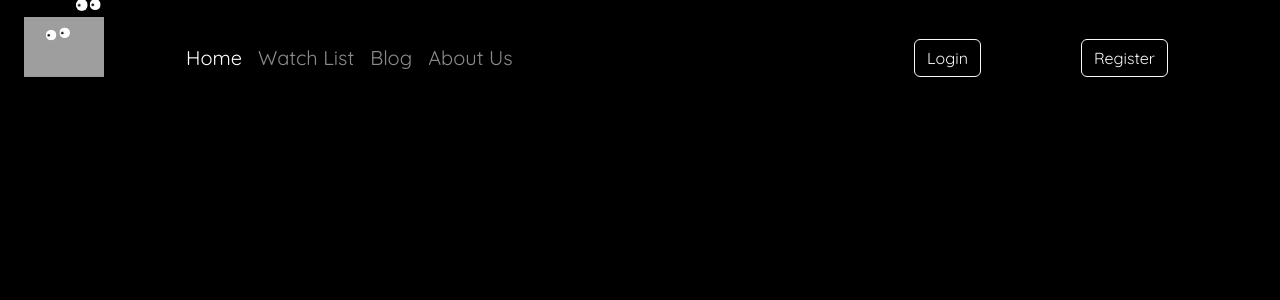
Repository: dangnguyenblackie/Movie-Review-Site
Page: / (app in movie-app/)
An editor plug-in stored every save of this project. The page is shown before and after the next save, followed by the edit.
The browser window is 1280 px wide. The pictures show the whole page.
Pictures or frames that could not be fetched are drawn as grey boxes. The page's requests for data from a server got no answer. The project was rebuilt for these pictures with package versions that can differ from the ones it lists, and the page was loaded fresh each time. No one was signed in, and anything a server would have sent is missing. Also part of the build but not shown: movie-app/vite.config.ts, movie-app/src/components/header/Header.css.

Above is the page before, as saved 2023-08-12 22:03:29.

### movie-app/index.html
<!doctype html>
<html lang="en">
  <head>
    <meta charset="UTF-8" />
    <link rel="icon" type="image/svg+xml" href="/vite.svg" />
    <meta name="viewport" content="width=device-width, initial-scale=1.0" />
    <title>Movie</title>
  </head>
  <body>
    <div id="root"></div>
    <script type="module" src="/src/main.tsx"></script>
  </body>
</html>

### movie-app/src/main.tsx
import React from 'react'
import ReactDOM from 'react-dom/client'
import App from './App.tsx'
import './index.css'
import 'bootstrap/dist/css/bootstrap.css'
import './App.css'
import { BrowserRouter, Route, Routes } from 'react-router-dom'

ReactDOM.createRoot(document.getElementById('root')!).render(
  <React.StrictMode>
    <BrowserRouter>
      <Routes>
        <Route path='/*' element={<App />} />
      </Routes>
    </BrowserRouter>
  </React.StrictMode>,
)

### movie-app/src/App.tsx
import { Route, Routes } from "react-router-dom";
import Layout from "./components/Layout";
import Home from "./components/home/Home.jsx";
import { useEffect, useState } from "react";
import api from "./api/axiosConfig";
import "./App.css"
import Header from "./components/header/Header.tsx";
const App = () => {

  const [movies, setMovies] = useState();
  const getMovies = async () => {
    try {
      const response = await api.get("/api/v1/movies");
      setMovies(response.data);
    } catch (error) {
      console.log(error);
    }
  };

  useEffect(() => {
    getMovies();
  }, []);

  return (
    <div className="App">
      <Header />
        <Routes>
          <Route path="/" element={<Layout />}>

            <Route path="/" element={<Home movies={movies}/>} />
          </Route>
        </Routes>
    </div>

  );
};

export default App;

### movie-app/src/index.css
/* :root {
  font-family: Inter, system-ui, Avenir, Helvetica, Arial, sans-serif;
  line-height: 1.5;
  font-weight: 400;

  color-scheme: light dark;
  color: rgba(255, 255, 255, 0.87);
  background-color: #242424;

  font-synthesis: none;
  text-rendering: optimizeLegibility;
  -webkit-font-smoothing: antialiased;
  -moz-osx-font-smoothing: grayscale;
  -webkit-text-size-adjust: 100%;
} */

a {
  font-weight: 500;
  color: #646cff;
  text-decoration: inherit;
}
a:hover {
  color: #535bf2;
}


h1 {
  font-size: 3.2em;
  line-height: 1.1;
}

button {
  border-radius: 8px;
  border: 1px solid transparent;
  padding: 0.6em 1.2em;
  font-size: 1em;
  font-weight: 500;
  font-family: inherit;
  background-color: #1a1a1a;
  cursor: pointer;
  transition: border-color 0.25s;
}
button:hover {
  border-color: #646cff;
}
button:focus,
button:focus-visible {
  outline: 4px auto -webkit-focus-ring-color;
}

@media (prefers-color-scheme: light) {
  :root {
    color: #213547;
    background-color: #ffffff;
  }
  a:hover {
    color: #747bff;
  }
  button {
    background-color: #f9f9f9;
  }
}

### movie-app/src/App.css
@import url('https://fonts.googleapis.com/css2?family=Quicksand&display=swap');

*{
  box-sizing: border-box;
  font-family: 'Quicksand', Arial, Helvetica, sans-serif;
}
body{
  padding:0;
  margin:0;
}
.App{
  display: flex;
  flex-direction: column;
  min-height: 100vh;
  background-color: black;
  color:white;
  /* margin-top:10px; */
}

### movie-app/src/components/Layout.tsx
import { Outlet } from "react-router-dom";

const Layout = () => {
  return (
    <main>
      <Outlet />
    </main>
  );
};

export default Layout;

### movie-app/src/components/home/Home.jsx
import Slide from '../slide/Slide'

const Home = ({ movies }) => {
  return (
    <Slide movies={movies} ></Slide>
  )
}

export default Home

### movie-app/src/api/axiosConfig.tsx
import axios from 'axios'

export default axios.create({
    baseURL: "http://localhost:12000/",
    timeout: 1000
})

### movie-app/src/components/header/Header.tsx
import { Container, Nav, Navbar } from "react-bootstrap";
import { NavLink } from "react-router-dom";
import Morty from "../morty/Morty";
import "./Header.css";

const Header = () => {
  return (
    <Navbar
      bg="black"
      variant="dark"
      expand="lg"
    >
      <Container fluid>
        <Navbar.Brand href="/" style={{ height: "100px", width: "100px" }}>
          <Morty />
        </Navbar.Brand>
        <Navbar.Toggle aria-controls="navbarScroll" />
        <Navbar.Collapse id="navbarScroll">
          <Nav
            className="me-auto my-2 my-lg-0"
            style={{ maxHeight: "100px", fontSize: "20px", margin: "0px 50px" }}
            navbarScroll
          >
            <NavLink className="nav-link" to="/">
              Home
            </NavLink>
            <NavLink className="nav-link" to="/watchlist">
              Watch List
            </NavLink>
            <NavLink className="nav-link" to="/blog">
              Blog
            </NavLink>
            <NavLink className="nav-link" to="/about">
              About Us
            </NavLink>
          </Nav>
          <div className="auth-buttons" style={{margin: "0px 50px" }}>
            <button type="button" className="btn btn-outline-light" style={{margin: "0px 50px" }}>
              Login
            </button>
            <button type="button" className="btn btn-outline-light" style={{margin: "0px 50px" }}>
              Register
            </button>
          </div>
        </Navbar.Collapse>
      </Container>
    </Navbar>
  );
};

export default Header;

### movie-app/src/components/slide/Slide.jsx
import "./Slide.css";
import Carousel from "react-material-ui-carousel";
import { Paper } from "@mui/material";

const Slide = ({ movies }) => {
  return (
    <div className="movie-carousel-container">
      <Carousel>
        {
          movies?.map((movie) => {
            return (
              <Paper>
                <div className="movie-card-container">
                  <div className="movie-card" style={{"--img": `url(${movie.backdrops[0]})`}}>
                    <div className="movie-detail">
                      <div className="movie-poster">
                        <img src={movie.poster} />
                      </div>
                      <div className="movie-title">
                        <h4>{movie.title}</h4>
                      </div>
                    </div>
                  </div>
                </div>
              </Paper>
            );
          })
        }
      </Carousel>
    </div>
  );
};

export default Slide;

### movie-app/src/components/morty/Morty.tsx
import morty from "../../assets/morty.png";
import eye from "../../assets/eye.png";
import { useEffect, useRef, useState } from "react";
import "./Morty.css";
import angle from "./Utils";

const Morty = () => {
  const [coords, setCoords] = useState({ x: 0, y: 0, deg: 0 });
  const anchorRef = useRef<HTMLImageElement>(null);

  var rekt;
  var anchorX: number;
  var anchorY: number;

  useEffect(() => {
    if (anchorRef.current) {
      rekt = anchorRef.current.getBoundingClientRect();
      anchorX = rekt.left + rekt.width / 2;
      anchorY = rekt.top + rekt.height / 2;
    }

    const handleWindowMouseMove = (event: MouseEvent) => {
      setCoords({
        x: event.clientX,
        y: event.clientY,
        deg: 0 + angle(event.clientX, event.clientY, anchorX, anchorY),
      });
    };

    window.addEventListener("mousemove", handleWindowMouseMove);

    return () => {
      window.removeEventListener("mousemove", handleWindowMouseMove);
    };
  }, []);

  return (
    <>
      <div id="rick-and-morty-container">
        <img ref={anchorRef} id="rick-and-morty-anchor" src={morty} />
        <div id="rick-and-morty-eyes">
          <img
            className="rick-and-morty-eye"
            src={eye}
            style={{
              top: "58px",
              right: "-142px",
              transform: `rotate(${coords.deg}deg)`,
            }}
          />
          <img
            className="rick-and-morty-eye"
            src={eye}
            style={{
              top: "47px",
              right: "-208px",
              transform: `rotate(${coords.deg}deg)`,
            }}
          />
          <img
            className="rick-and-morty-eye"
            src={eye}
            style={{
              top: "-88px",
              right: "-291px",
              scale: "115%",
              transform: `rotate(${coords.deg}deg)`,
            }}
          />
          <img
            className="rick-and-morty-eye"
            src={eye}
            style={{
              top: "-90px",
              right: "-356px",
              scale: "106%",
              transform: `rotate(${coords.deg}deg)`,
            }}
          />
        </div>
      </div>
    </>
  );
};

export default Morty;

### movie-app/src/components/slide/Slide.css
.movie-carousel-container{
    width: 100vw;
    background-color: #000;
}

.movie-poster{
    height: 300px;
    border: 0.5px solid rgba(255,255,255,0.5);
    border-radius: 5%;
    overflow: hidden;
}

.movie-poster > img{
    height: 100%;
    width: 100%;

}

.movie-card-container{
    height: 550px;
    background-color: #000;
}

.movie-card{
    background-repeat: no-repeat;
    width: 100%;
    height: 100%;
    background-size: cover;
    background-image: linear-gradient(to bottom, rgba(0,0,0,0), rgba(0,0,0,1)), var(--img
);
}

.movie-detail{
    position: absolute;
    top: 200px;
    display: flex;
    justify-content: space-evenly;
    width: 100%;

}

.movie-title{
    color: #fff;
    display: flex;
    align-items: center;
}

### movie-app/src/components/morty/Morty.css

#rick-and-morty-container{
    display: grid;
    place-items: center;
    position: relative;
    scale: 20%;
}


#rick-and-morty-eyes, #rick-and-morty-eyes img{
    position: absolute;
    border:1px rgba(255, 255, 255, 0);
    border-radius: 50%;
    scale: 103%;
}

#rick-and-morty-container{
    scale: 20%;
    max-height: 11%;
    max-width: 30%;
}

/* @media only screen and (max-width: 400px) {
    #rick-and-morty-container {
      display: none;
    }
  } */

### movie-app/src/components/morty/Utils.ts
export default function angle(
  cx: number,
  cy: number,
  ex: number,
  ey: number
): number {
  const ax = ex - cx;
  const ay = ey - cy;

  const rad = Math.atan2(ay, ax);
  const degree = (rad * 180) / Math.PI;

  return degree;
}

After the next save:
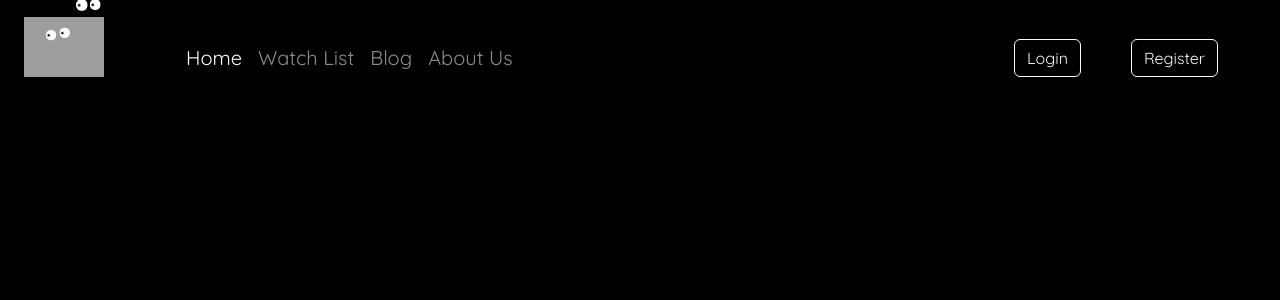
Saved 13 s later.
--- a/movie-app/src/components/header/Header.tsx
+++ b/movie-app/src/components/header/Header.tsx
@@ -38,7 +38,7 @@
             <button type="button" className="btn btn-outline-light" style={{margin: "0px 50px" }}>
               Login
             </button>
-            <button type="button" className="btn btn-outline-light" style={{margin: "0px 50px" }}>
+            <button type="button" className="btn btn-outline-light" >
               Register
             </button>
           </div>
